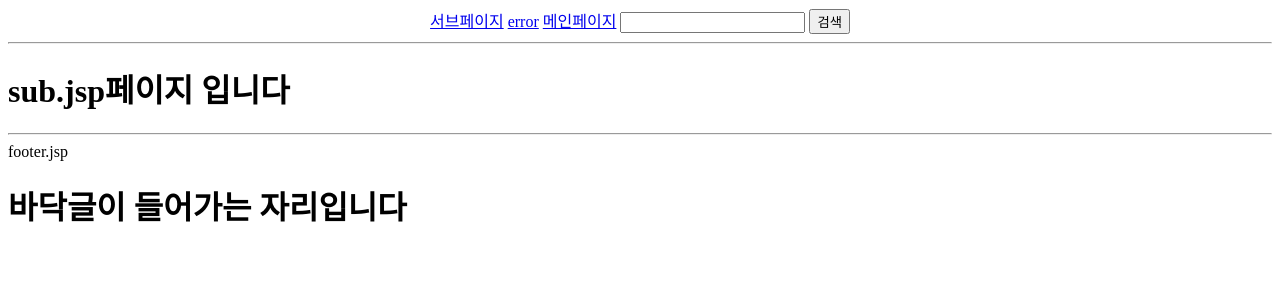
Repository: ryu1917/jsp
Page: http://localhost/jsp02/sub.jsp
These files come from the project's save history. The page is drawn as it stood at one moment and after the next save; the edit follows.
The browser window is 1280 px wide. The pictures show the whole page.
The page is served by Tomcat 9.

Above is the page before, as saved 2021-04-21 08:23:37.

### workspace/jsp02/src/main/webapp/sub.jsp
<%@ page language="java" contentType="text/html; charset=UTF-8"
    pageEncoding="UTF-8"%>
<!DOCTYPE html>
<html>
<head>
<meta charset="UTF-8">
<title>Insert title here</title>
</head>
<body>

<%@ include file="link.jsp" %>
<hr><h1>sub.jsp페이지 입니다</h1><hr>
<%@ include file="footer.jsp" %>
</body>
</html>

### workspace/jsp02/src/main/webapp/link.jsp
<%@ page language="java" contentType="text/html; charset=UTF-8"
    pageEncoding="UTF-8"%>
<!DOCTYPE html>
<html>
<head>
<meta charset="UTF-8">
<title>Insert title here</title>
</head>
<body >
<div align="center">
<a href="sub.jsp">서브페이지</a>
<a href="error/error.jsp">error</a>
<a href="main.jsp">메인페이지</a>
<input type="text">
<button>검색</button>
</div>
</body>
</html>

### workspace/jsp02/src/main/webapp/footer.jsp
<%@ page language="java" contentType="text/html; charset=UTF-8"
    pageEncoding="UTF-8"%>
<!DOCTYPE html>
<html>
<head>
<meta charset="UTF-8">
<title>Insert title here</title>
</head>
<body>footer.jsp<br>
<h1>바닥글이 들어가는 자리입니다</h1>

</body>
</html>

After the next save:
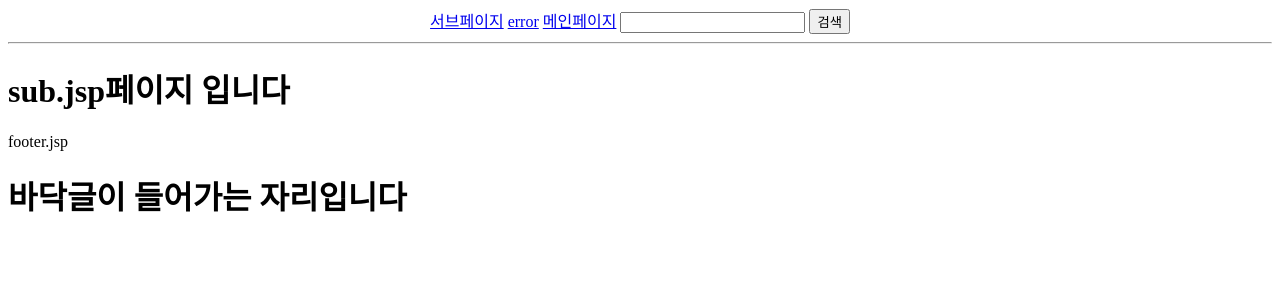
Saved 24 s later.
--- a/workspace/jsp02/src/main/webapp/sub.jsp
+++ b/workspace/jsp02/src/main/webapp/sub.jsp
@@ -9,7 +9,7 @@
 <body>
 
 <%@ include file="link.jsp" %>
-<hr><h1>sub.jsp페이지 입니다</h1><hr>
+<hr><h1>sub.jsp페이지 입니다</h1>
 <%@ include file="footer.jsp" %>
 </body>
 </html>
